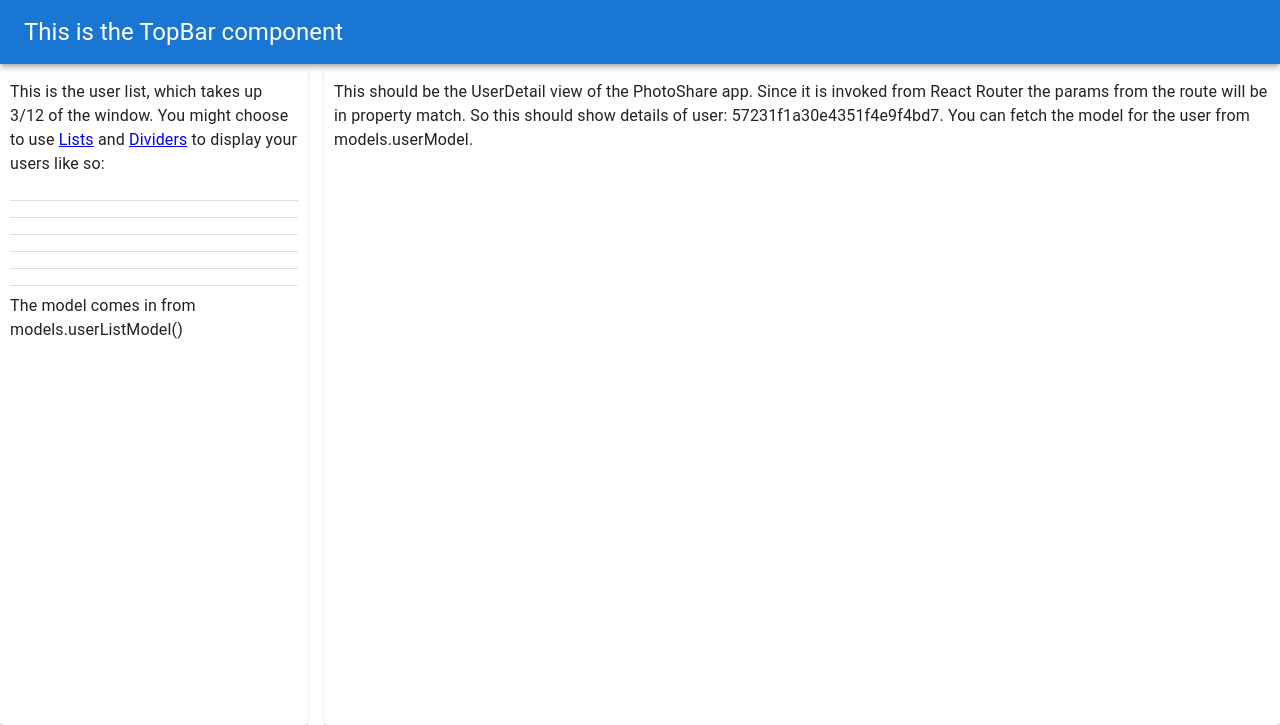
Repository: Trung0810/photo-sharing-v1
Page: /users/57231f1a30e4351f4e9f4bd7
An editor plug-in stored every save of this project. The page is shown before and after the next save, followed by the edit.
The browser window is 1280 px wide. The pictures show the whole page.
The project was rebuilt for these pictures with package versions that can differ from the ones it lists, and the page was loaded fresh each time. Also part of the build but not shown: src/modelData/models.js, src/components/UserPhotos/index.jsx.

Above is the page before, as saved 2026-04-04 13:57:42.

### src/App.js
import "./App.css";

import React from "react";
import { Grid, Typography, Paper } from "@mui/material";
import { BrowserRouter as Router, Route, Routes, Link } from "react-router-dom";

import TopBar from "./components/TopBar";
import UserDetail from "./components/UserDetail";
import UserList from "./components/UserList";
import UserPhotos from "./components/UserPhotos";

const App = (props) => {
  return (
    <Router>
      <div>
        <Grid container spacing={2}>
          <Grid item xs={12}>
            <TopBar />
          </Grid>
          <div className="main-topbar-buffer" />
          <Grid item sm={3}>
            <Paper className="main-grid-item">
              <UserList />
            </Paper>
          </Grid>
          <Grid item sm={9}>
            <Paper className="main-grid-item">
              <Routes>
                <Route path="/users/:userId" element={<UserDetail />} />
                <Route path="/photos/:userId" element={<UserPhotos />} />
                <Route path="/users" element={<UserList />} />
              </Routes>
            </Paper>
          </Grid>
        </Grid>
      </div>
    </Router>
  );
};

export default App;

### src/App.css
.main-topbar-buffer {
  margin-top: 70px;
}

.main-grid-item {
  height: calc(100vh - 85px);
  padding: 10px;
}

### src/components/TopBar/index.jsx
import React from "react";
import { AppBar, Toolbar, Typography } from "@mui/material";

import "./styles.css";

/**
 * Define TopBar, a React component of Project 4.
 */
function TopBar () {
    return (
      <AppBar className="topbar-appBar" position="absolute">
        <Toolbar>
          <Typography variant="h5" color="inherit">
            This is the TopBar component
          </Typography>
        </Toolbar>
      </AppBar>
    );
}

export default TopBar;

### src/components/UserDetail/index.jsx
import React from "react";
import {Typography} from "@mui/material";

import "./styles.css";
import {useParams} from "react-router-dom";

/**
 * Define UserDetail, a React component of Project 4.
 */
function UserDetail() {
    const user = useParams();
    return (
        <>
          <Typography variant="body1">
            This should be the UserDetail view of the PhotoShare app. Since it is
            invoked from React Router the params from the route will be in property match.
            So this should show details of user: {user.userId}.
            You can fetch the model for the user from models.userModel.
          </Typography>
        </>
    );
}

export default UserDetail;

### src/components/UserList/index.jsx
import React from "react";
import {
  Divider,
  List,
  ListItem,
  ListItemText,
  Typography,
} from "@mui/material";

import "./styles.css";
import models from "../../modelData/models";
import { Link } from "react-router-dom";

/**
 * Define UserList, a React component of Project 4.
 */
function UserList() {
  const users = models.userListModel();
  return (
    <div>
      <Typography variant="body1">
        This is the user list, which takes up 3/12 of the window. You might
        choose to use <a href="https://mui.com/components/lists/">Lists</a> and{" "}
        <a href="https://mui.com/components/dividers/">Dividers</a> to display
        your users like so:
      </Typography>
      <List component="nav">
        {users.map((item) => (
          <>
            <ListItem>
              <Link to={`/users/:${item.id}`}></Link>
            </ListItem>
            <Divider />
          </>
        ))}
      </List>
      <Typography variant="body1">
        The model comes in from models.userListModel()
      </Typography>
    </div>
  );
}

export default UserList;

### src/components/TopBar/styles.css
.topbar-appBar {
  height: 60;
  justify-content: "center";
}

Loaded but not shown: public/index.html (common file); src/index.js (common file); src/index.css (common file); src/reportWebVitals.js (common file); src/components/UserDetail/styles.css (no stored copy; drawn as an empty file); src/components/UserList/styles.css (no stored copy; drawn as an empty file); src/components/UserPhotos/styles.css (no stored copy; drawn as an empty file)

After the next save:
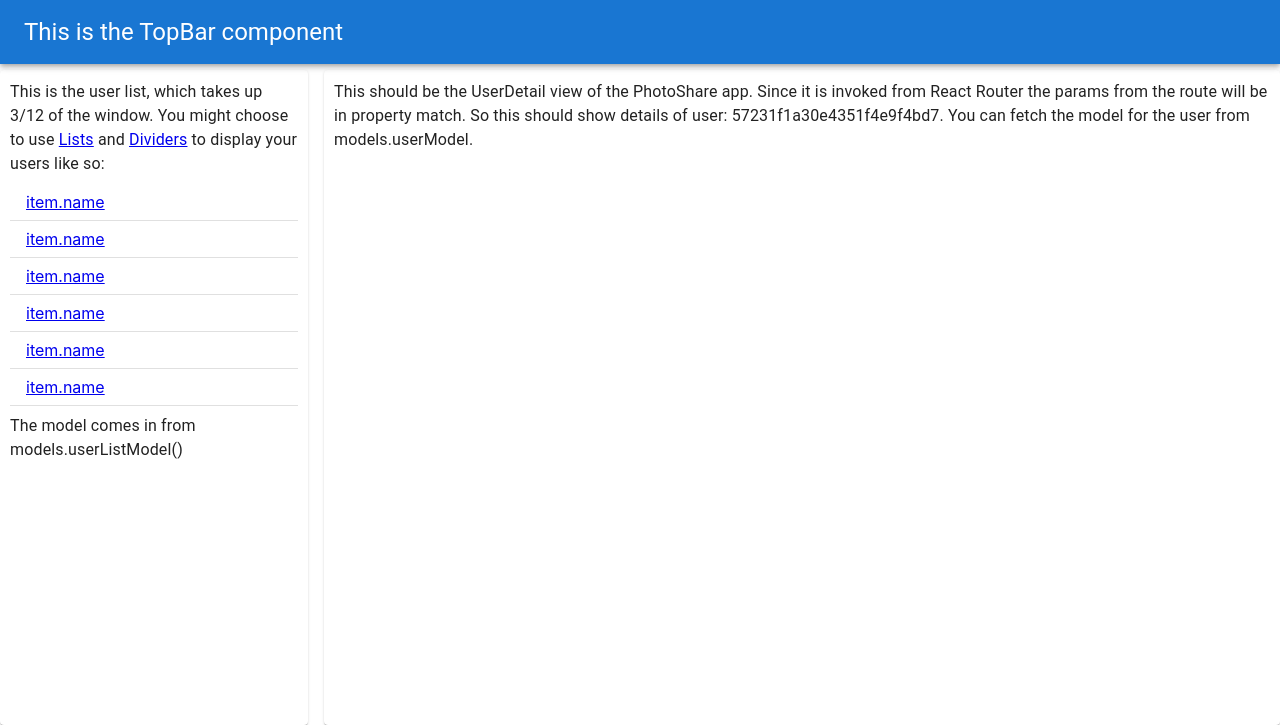
Saved 42 s later.
--- a/src/components/UserList/index.jsx
+++ b/src/components/UserList/index.jsx
@@ -28,7 +28,7 @@
         {users.map((item) => (
           <>
             <ListItem>
-              <Link to={`/users/:${item.id}`}></Link>
+              <Link to={`/users/:${item.id}`}>item.name</Link>
             </ListItem>
             <Divider />
           </>

After the save that followed:
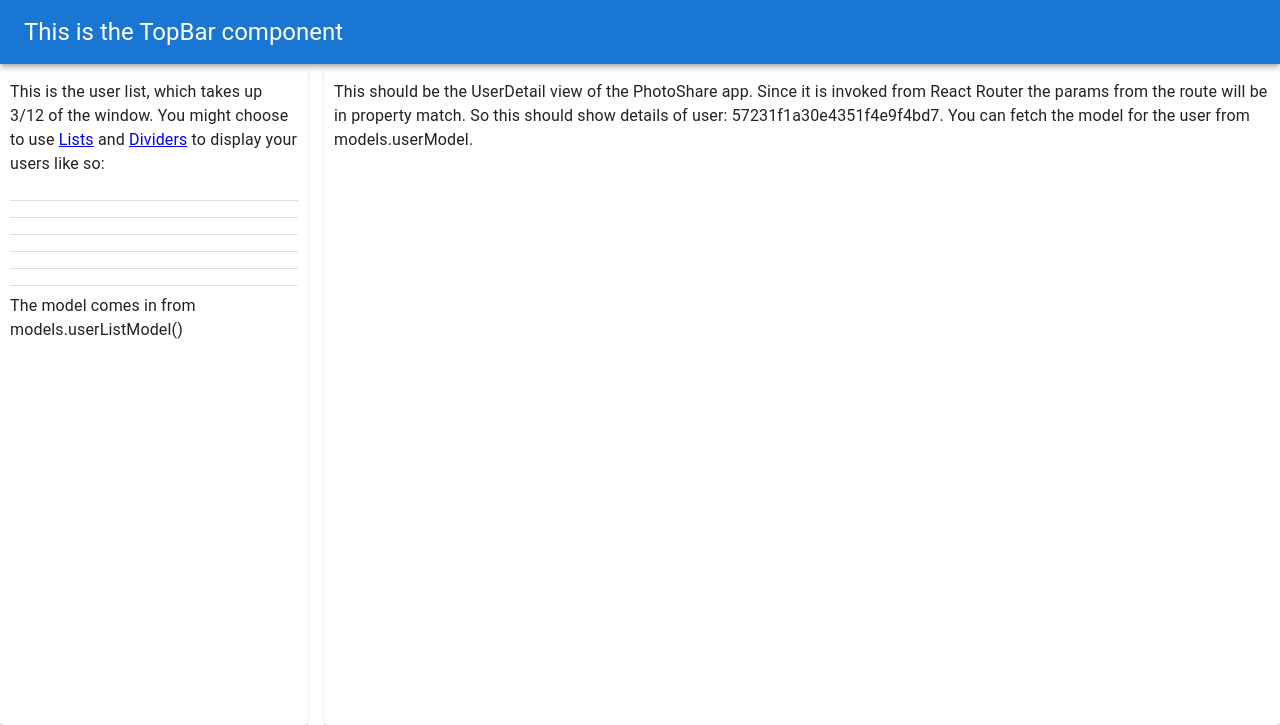
Saved 92 s later.
--- a/src/components/UserList/index.jsx
+++ b/src/components/UserList/index.jsx
@@ -28,7 +28,7 @@
         {users.map((item) => (
           <>
             <ListItem>
-              <Link to={`/users/:${item.id}`}>item.name</Link>
+              <Link to={`/users/:${item.id}`}></Link>
             </ListItem>
             <Divider />
           </>
